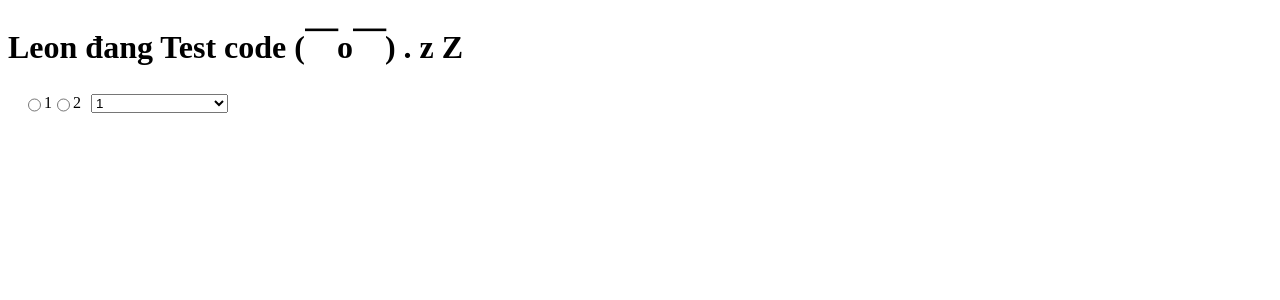
Repository: tranhuunghiem99/N_Auto_Checked
Page: test/index.html
These files come from the project's save history. The page is drawn as it stood at one moment and after the next save; the edit follows.
The browser window is 1280 px wide. The pictures show the whole page.

Above is the page before, as saved 2024-05-07 21:32:06.

### test/index.html
<!-- <!DOCTYPE html>
<html>
  <head>
    <title>Checkbox Example</title>
  </head>
  <body>
    <form action="/submit" method="post">
      <label for="option1">Option 1</label>
      <input type="checkbox" name="options" value="1" id="option1">
      <br>
      <label for="option2">Option 2</label>
      <input type="checkbox" name="options" value="2" id="option2">
      <br>
      <label for="option3">Option 3</label>
      <input type="checkbox" name="options" value="3" id="option3">
      <br>
      <button type="submit">Submit</button>
    </form>
  </body>
</html> -->

<!DOCTYPE html>
<html>
<body>

<h1>Leon đang Test code (￣o￣) . z Z</h1>

<form action="/submit" method="post" style="display: flex; padding: 5px; margin: 10px;">
  <input type="radio" name="number" value="">
  <label for="1">1</label><br>
  <input type="radio" name="number" value="">
  <label for="2">2</label><br>
  <select id="" name="" style="margin-left:10px ;">
    <option value="1" name="list">1</option>
    <option value="2" name="list">2</option>
    <option value="3" name="list">3</option>
    <option value="4" name="ok">Ok cái này chọn nè</option>
  </select>
</form>
</body>
</html>

After the next save:
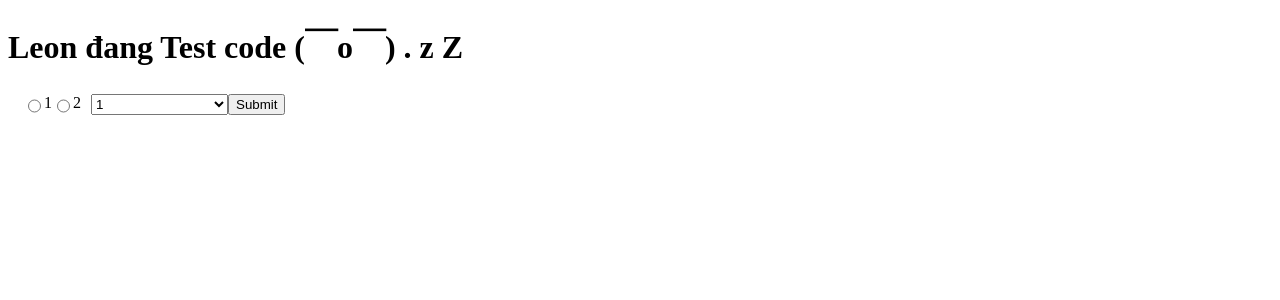
Saved 9 s later.
--- a/test/index.html
+++ b/test/index.html
@@ -36,6 +36,7 @@
     <option value="3" name="list">3</option>
     <option value="4" name="ok">Ok cái này chọn nè</option>
   </select>
+  <button type="submit">Submit</button>
 </form>
 </body>
 </html>
